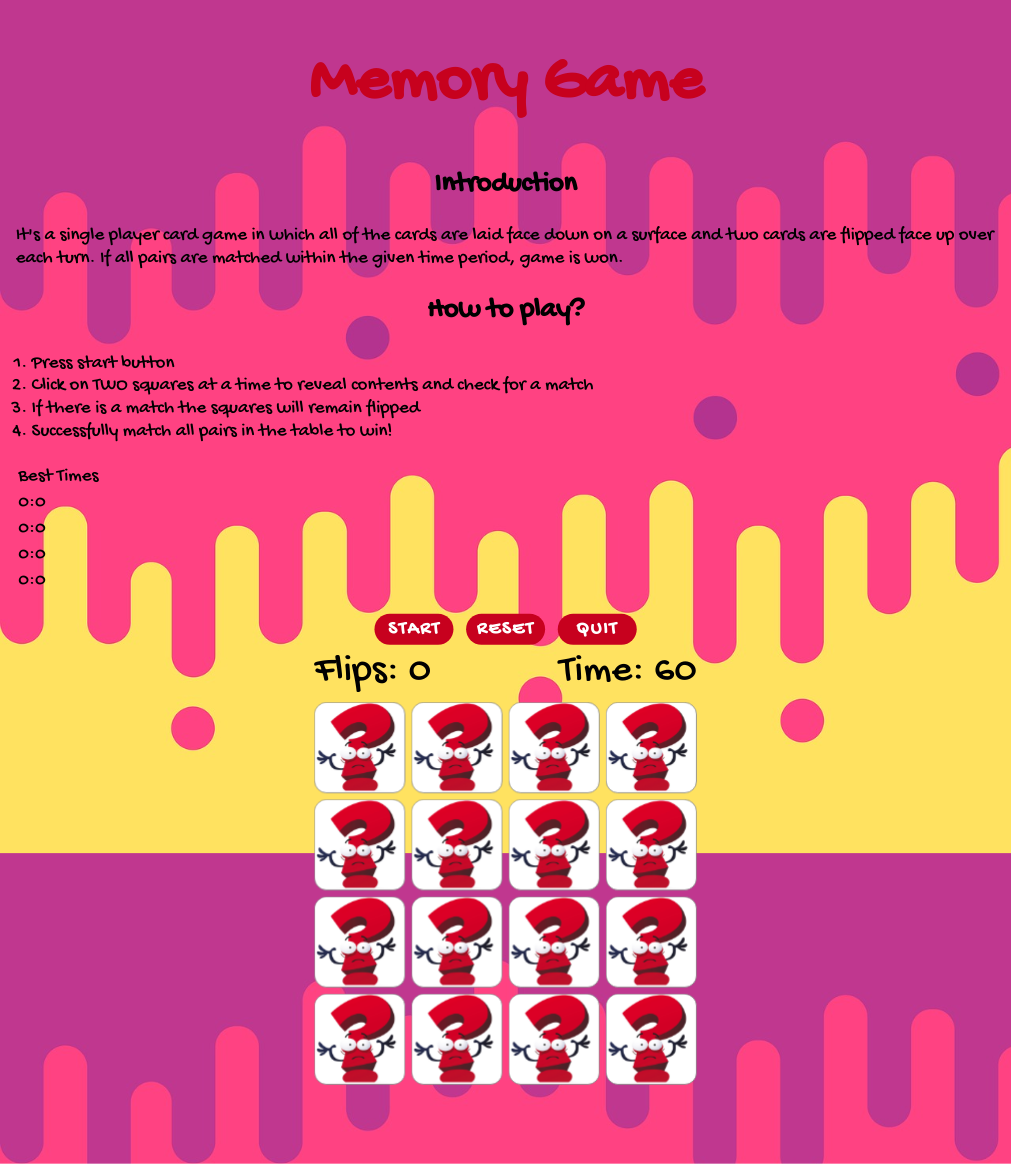
Repository: lauramika/Memory-Game
Page: index.html
The author's editor kept a record of every edit. The page is drawn from the files as they stood at one moment, then again after the next edit.
The browser window is 1280 px wide. The pictures show the whole page, at 79% of full size.

Above is the page before.

### index.html
<!DOCTYPE html>
<html lang = 'en'>
    <head>
        <meta name="viewport" content="width=device-width, initial-scale=1.0">
        <link rel="stylesheet" href="style.css" type="text/css" />
        <title>Memory Game</title>
    </head>
    <body>
        <h1 class="title-game">Memory Game</h1>
        <!--Intro-->
        <h2>Introduction</h2>
            <p>It's a single player card game in which all of the cards are
            laid face down on a surface and two cards are flipped face up over
            each turn. If all pairs are matched within the given time
            period, game is won.</p>
            <!--explanation how to play the game-->
         <div class="how-to-play">
            <h2>How to play?</h2>
              <ol>
                <li>Press start button</li>
                <li>Click on TWO squares at a time to reveal contents and check for a match</li>
                <li>If there is a match the squares will remain flipped </li>
                <li>Successfully match all pairs in the table to win!</li>
              </ol>
          </div>
          <!--best results board-->
          <div class="times">
            <table>
              <tr>
                <td class= "title">Best Times</td>
              </tr>
              <tr>
                <td class = "slot">0:0</td>
              </tr>
              <tr>
                <td class = "slot">0:0</td>
              </tr>
              <tr>
                <td class = "slot">0:0</td>
              </tr>
              <tr>
                <td class = "slot">0:0</td>
              </tr>
            </table>
          </div>
          <!--start, reset and quit buttons-->
        <div class="buttons">
            <button class="start" onclick="shuffle()">Start</button>
            <button class="reset">Reset</button>
            <button class="quit">Quit</button>
        </div>
        <!--Main container that holds all the cards-->
        <div class="main-container">
            <div class= "rules-container">
                <div class="level-container">
                    Flips: <span id="flips">0</span>
                </div>
                <div class="time-container">
                    Time: <span id="time-left">60</span>
                </div>
            </div>
            <!--Cards-->
            <div class="cards">
                <div class="front-face">
                    <img src="images/camera.png"></img>
                </div>
                 <div class="back-face">
                   <img src="images/question.jpg"></img>
                </div>
            </div>

            <div class="cards">
                <div class="front-face">
                    <img src="images/camera.png"></img>
                </div>
                 <div class="back-face">
                   <img src="images/question.jpg"></img>
                </div>
            </div>

            <div class="cards">
                <div class="front-face">
                    <img src="images/bomb.png"></img>
                </div>
                 <div class="back-face">
                   <img src="images/question.jpg"></img>
                </div>
            </div>

            <div class="cards">
                <div class="front-face">
                    <img src="images/bomb.png"></img>
                </div>
                 <div class="back-face">
                   <img src="images/question.jpg"></img>
                </div>
            </div>

            <div class="cards">
                <div class="front-face">
                    <img src="images/garfield.jpg"></img>
                </div>
                 <div class="back-face">
                   <img src="images/question.jpg"></img>
                </div>
            </div>

            <div class="cards">
                <div class="front-face">
                    <img src="images/garfield.jpg"></img>
                </div>
                 <div class="back-face">
                   <img src="images/question.jpg"></img>
                </div>
            </div>

            <div class="cards">
                <div class="front-face">
                    <img src="images/ladybug.jpg"></img>
                </div>
                 <div class="back-face">
                   <img src="images/question.jpg"></img>
                </div>
            </div>

            <div class="cards">
                <div class="front-face">
                    <img src="images/ladybug.jpg"></img>
                </div>
                 <div class="back-face">
                   <img src="images/question.jpg"></img>
                </div>
            </div>

            <div class="cards">
                <div class="front-face">
                    <img src="images/puppy.jpg"></img>
                </div>
                 <div class="back-face">
                   <img src="images/question.jpg"></img>
                </div>
            </div>

            <div class="cards">
                <div class="front-face">
                    <img src="images/puppy.jpg"></img>
                </div>
                 <div class="back-face">
                   <img src="images/question.jpg"></img>
                </div>
            </div>

            <div class="cards">
                <div class="front-face">
                    <img src="images/star.jpg"></img>
                </div>
                 <div class="back-face">
                   <img src="images/question.jpg"></img>
                </div>
            </div>

            <div class="cards">
                <div class="front-face">
                    <img src="images/star.jpg"></img>
                </div>
                 <div class="back-face">
                   <img src="images/question.jpg"></img>
                </div>
            </div>

            <div class="cards">
                <div class="front-face">
                    <img src="images/frog.jpg"></img>
                </div>
                 <div class="back-face">
                   <img src="images/question.jpg"></img>
                </div>
            </div>

            <div class="cards">
                <div class="front-face">
                    <img src="images/frog.jpg"></img>
                </div>
                 <div class="back-face">
                   <img src="images/question.jpg"></img>
                </div>
            </div>
            <div class="cards">

                <div class="front-face">
                    <img src="images/bananas.jpg"></img>
                </div>
                 <div class="back-face">
                   <img src="images/question.jpg"></img>
                </div>
            </div>

            <div class="cards">
                <div class="front-face">
                    <img src="images/bananas.jpg"></img>
                </div>
                 <div class="back-face">
                   <img src="images/question.jpg"></img>
                </div>
            </div>

        </div>
        <script type="text/javascript" src="script.js"></script>
    </body>
</html>

### style.css
/*import google font*/
@import url('https://fonts.googleapis.com/css?family=Gochi+Hand&display=swap');
* {
    box-sizing: border-box;
}
html {
    min-height: 100vh;
}
body {
    margin: 0;
     background-image: url("images/background-3147808_1920.jpg");
    font-family: 'Gochi Hand', cursive;
    color: black;
    font-size: 1.5em;
}
h2 {
    text-align: center;
}
p, .times {
    margin: 20px;
}
.title-game {
    color: rgb(199,1,30);;
    text-align: center;
    font-size: 3.5em;
}

.rules-container {
    grid-column: 1 / -1;
    display: flex;
    justify-content: space-between;
}
/*container that holds all the cards*/
.main-container {
    display: grid;
    grid-template-columns: repeat(4, auto);
    grid-gap: 8px;
    justify-content: center;
    margin-bottom: 100px;
    color: black;
    font-size: 2.1em;

}
/*card styles*/
.cards {
    background-color: white;
    height: 115px;
    width: 115px;
    border-radius: 15px;
    transition: transform .2s;
    border: 1px solid gray;
    position: relative;
    transform-style: preserve-3d;

}
/**************flipping of cards************/
.front-face {
    backface-visibility: hidden;
     transform: rotateY(180deg);
}
.back-face {
    backface-visibility: hidden;
}
.cards:hover {
    transform: scale(1.05);
    transform: rotateY(180deg);
    transition: ease .6s;
}
/*image sizes in desktop view*/
img {
    height: 111px;
    width: 111px;
    border-radius: 15px;
}
/*positioning of images absolute to their parent div*/
.front-face, .back-face {
    position: absolute;
}
.buttons {
    text-align: center;
}
/*start, reset and quit button styles*/
button {
    font-family: 'Gochi Hand', cursive;
    width: 100px;
    font-size: 1em;
    letter-spacing: 2px;
    color: white;
    font-weight: bold;
    text-transform: uppercase;
    background: rgb(199,1,30);
    padding: 5px 10px;
    border-radius: 30px;
    border: none;
    margin: 5px;
}
button:hover {
   transform: scale(1.1);
   box-shadow: 3px 3px white;
   opacity: 0.9;
}
/****************************TABLET************************/
@media screen and (max-width: 800px) {
  .cards{
      height: 95px;
      width: 95px;
  }
  img {
      height: 91px;
      width: 91px;
  }
  .main-container {
      grid-gap: 4px;
  }
  .title-game {
      font-size: 2.5em;
  }
  .main-container {
      font-size: 1.6em;
  }
  }
 /************************PHONE***************************/
@media screen and (max-width: 480px) {
  .cards{
      height: 70px;
      width: 70px;
  }
  img {
      height: 66px;
      width: 66px;
  }
  .main-container {
      grid-gap: 1px;
  }
  .title-game {
      font-size: 2em;
  }
  .main-container {
      font-size: 1.2em;
  }
  button {
    width: 80px;
    font-size: 1em;
}
  }

### script.js
//to shuffle cards when new game starts
function shuffle() {

  var tiles = Array.from(document.getElementsByClassName("cards"));
  var current = tiles.length;
  var index, temp;

  while (current > 0) {
    index = Math.floor(Math.random() * current);
    current--;

    temp = tiles[current];
    tiles[current] = tiles[index];
    tiles[index] = temp;
  }
   document.getElementsByClassName("cards") = tiles.innerHTML;


}

After the next edit:
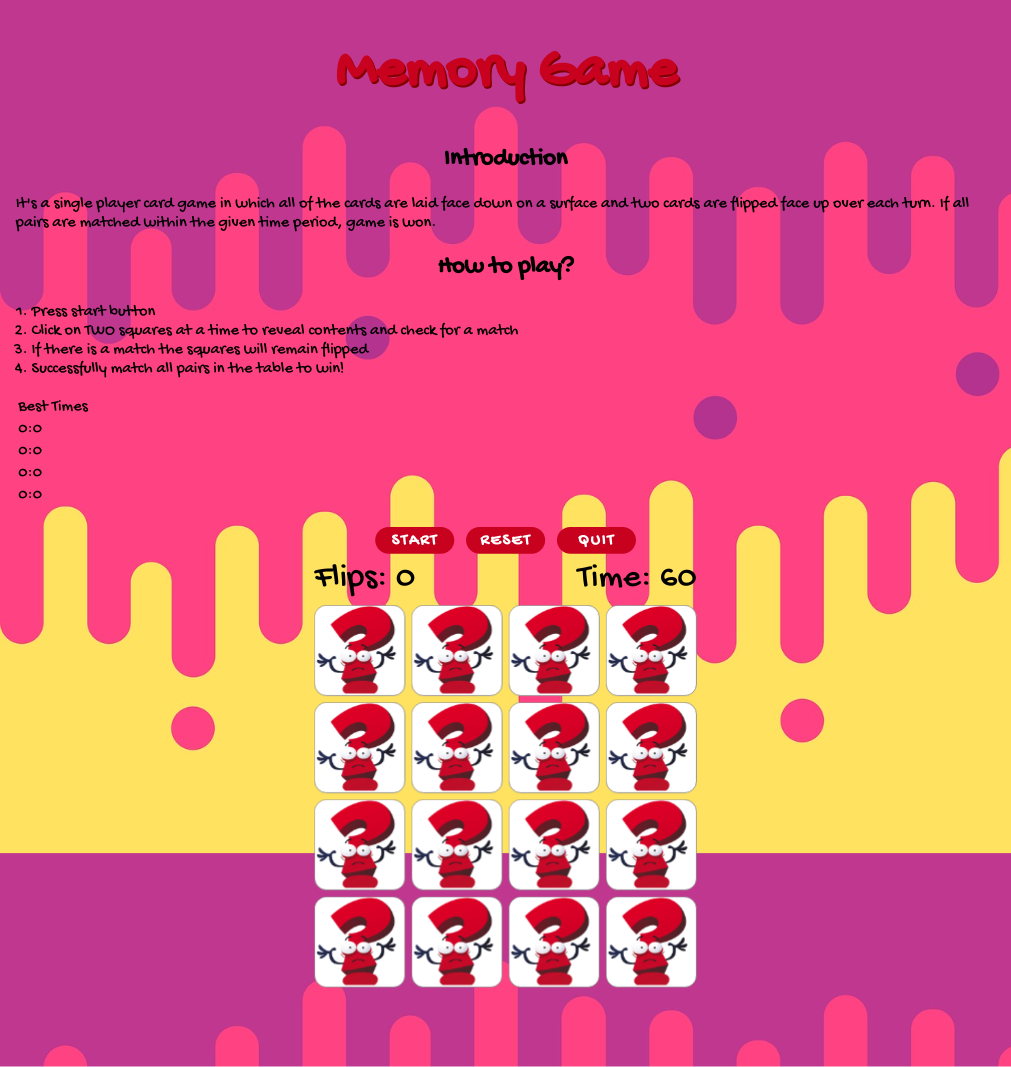
The edit:
--- a/style.css
+++ b/style.css
@@ -11,7 +11,10 @@
      background-image: url("images/background-3147808_1920.jpg");
     font-family: 'Gochi Hand', cursive;
     color: black;
-    font-size: 1.5em;
+    font-size: 1.3em;
+}
+h1 {
+    text-shadow: 2px 2px maroon;
 }
 h2 {
     text-align: center;
